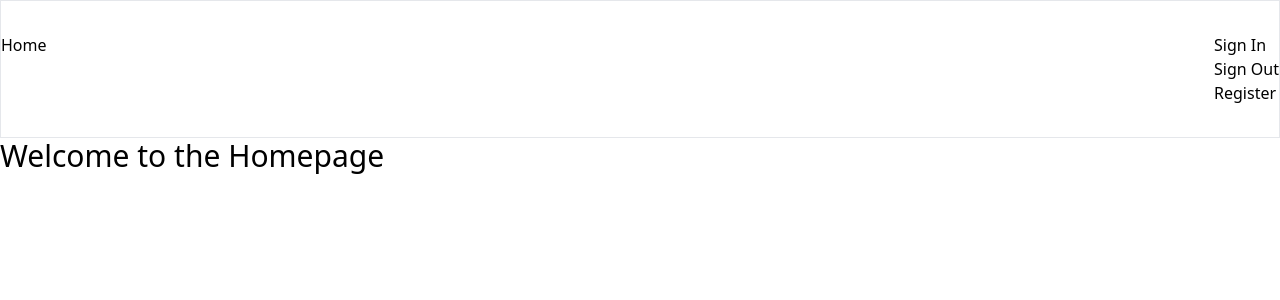
Repository: oderinde300/react-authentication-with-json-server
Page: /
The author's editor kept a copy of each file at every save. The page is drawn from the files as they stood at one save, then again after the next save.
The browser window is 1280 px wide. The pictures show the whole page.
The project was rebuilt for these pictures with package versions that can differ from the ones it lists, and the page was loaded fresh each time. Also part of the build but not shown: src/components/authentication/Login.jsx, src/pages/LoginPage.jsx.

Above is the page before, as saved 2023-03-22 12:28:37.

After the next save:
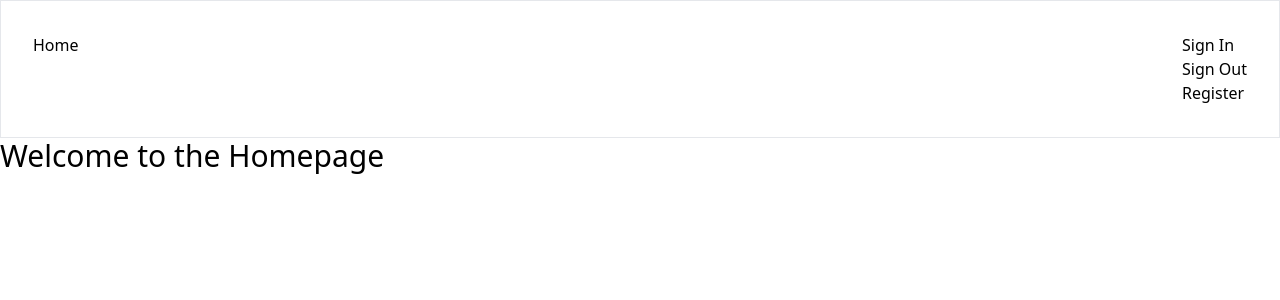
Saved 11 s later.
--- a/src/App.js
+++ b/src/App.js
@@ -6,7 +6,7 @@ function App() {
   return (
     <div>
       <header>
-        <nav className="border py-8 flex justify-between">
+        <nav className="border py-8 flex justify-between px-8">
           <p>Home</p>
 
           <ul>
